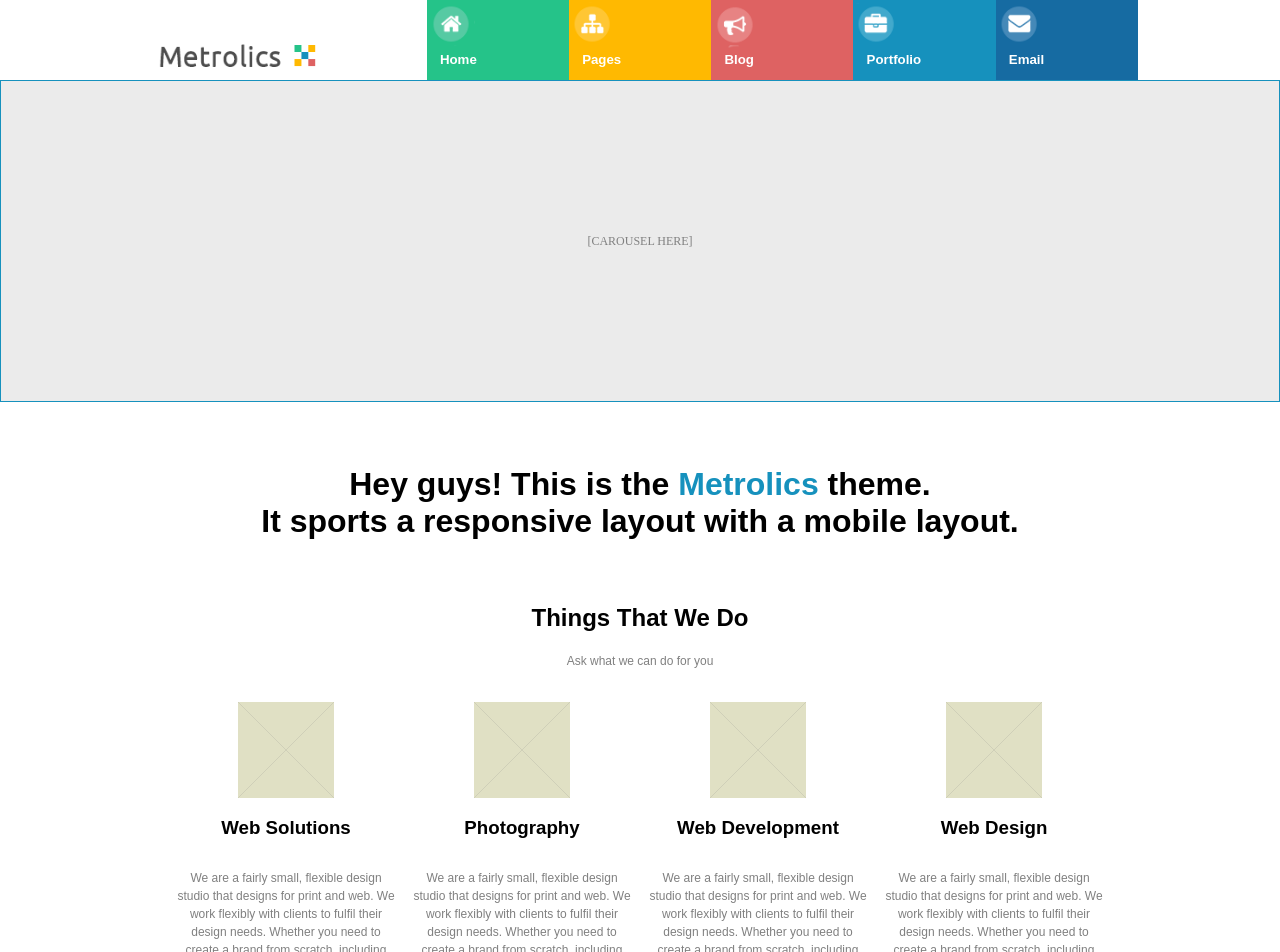
Repository: pjiang604/mdia2003-lab03b
Page: index.html
The author's editor kept a copy of each file at every save. The page is drawn from the files as they stood at one save, then again after the next save.
The browser window is 1280 px wide. The pictures show the part of the page from y = 0 to 952 px (the page is 2864 px tall).

Above is the page before, as saved 2023-01-31 21:52:38.

### index.html
<!DOCTYPE html>
<html lang="en">

<head>
    <meta charset="UTF-8">
    <meta http-equiv="X-UA-Compatible" content="IE=edge">
    <meta name="viewport" content="width=device-width, initial-scale=1.0">
    <title>Metrolics</title>
    <link rel="stylesheet" href="style.css">
    <link rel="preconnect" href="https://fonts.google.com/specimen/Ubuntu?query=ubuntu">
</head>

<body>
    <nav>
        <div class="nav row l-col-6-1 m-col-6-1 s-col-2-2">
            <div class="logoColumn">
                <img src="img/icons/logo.png" alt="logo" class="logo">
            </div>
            <a href="/">
                <div class="col hide navTab homeTab">
                    <img src="img/icons/home.png" class="navBarIcons">
                    <h5>Home</h5>
                </div>
            </a>
            <a href="/">
                <div class="col hide navTab pagesTab">
                    <img src="img/icons/pages.png" class="navBarIcons">
                    <h5> Pages</h5>
                </div>
            </a>
            <a href="/">
                <div class="col hide navTab blogTab">
                    <img src="img/icons/blog.png" class="navBarIcons">
                    <h5>Blog</h5>
                </div>
            </a>
            <a href="/">
                <div class="col hide navTab portfolioTab">
                    <img src="img/icons/portfolio.png" class="navBarIcons">
                    <h5>Portfolio</h5>
                </div>
            </a>
            <a href="/">
                <div class="col hide navTab emailTab">
                    <img src="img/icons/email.png" class="navBarIcons">
                    <h5>Email</h5>
                </div>
            </a>
            <div class="col hamburger">
                <p>[HAM MENU]</p>
            </div>
        </div>
    </nav>

    <div class="carousel hide">
        <p>[CAROUSEL HERE]</p>
    </div>

    <main>
    <div class="tagLine">
        <h1>Hey guys! This is the <span class="metroColor">Metrolics</span> theme.<br> It sports a responsive layout
            with a mobile layout.</h1>
    </div>

    <div class="services-section">
        <div class="col headerMargin">
            <h2>Things That We Do</h2>
            <p>Ask what we can do for you</p>
        </div>
        <div class="row l-col-4-1 m-col-2-1 s-col-1-4">
            <div class="col card">
                <img src="img/placeholder.svg" class="serviceImg" alt="">
                <h3>Web Solutions</h3>
                <p>We are a fairly small, flexible design studio that designs for print and web. We work flexibly with
                    clients to fulfil their design needs. Whether you need to create a brand from scratch, including
                    marketing materials.</p>
            </div>
            <div class="col card">
                <img src="img/placeholder.svg" class="serviceImg" alt="">
                <h3>Photography</h3>
                <p>We are a fairly small, flexible design studio that designs for print and web. We work flexibly with
                    clients to fulfil their design needs. Whether you need to create a brand from scratch, including
                    marketing materials.</p>

            </div>
            <div class="col card">
                <img src="img/placeholder.svg" class="serviceImg" alt="">
                <h3>Web Development</h3>
                <p>We are a fairly small, flexible design studio that designs for print and web. We work flexibly with
                    clients to fulfil their design needs. Whether you need to create a brand from scratch, including
                    marketing materials.</p>
            </div>
            <div class="col card">
                <img src="img/placeholder.svg" class="serviceImg" alt="">
                <h3>Web Design</h3>
                <p>We are a fairly small, flexible design studio that designs for print and web. We work flexibly with
                    clients to fulfil their design needs. Whether you need to create a brand from scratch, including
                    marketing materials.</p>
            </div>
        </div>
    </div>
    <div class="recent-news headerMargin">
        <div class="col">
            <h2>What's up Lately?</h2>
            <p>Read up on our latest work</p>
        </div>
        <div class="row l-col-3-1 m-col-2-1 s-col-1-4">
            <div class="col">
                <img src="img/content/pug.jpeg" class="image-post" alt="">
            </div>
            <div class="col">
                <img src="img/content/cat.jpeg" class="image-post" alt="">
            </div>
            <div class="col">
                <img src="img/content/pug.jpeg" class="image-post" alt="">
            </div>
            <div class="hidden-photo">
                <img src="img/content/cat.jpeg" class="image-post" alt="">
            </div>
        </div>
    </div>
    <div class="latest-projects-section headerMargin">
        <div class="col">
            <h2>Our Latest Projects</h2>
            <p>Client happy? We are happy.</p>
        </div>
        <div class="row l-col-3-1 m-col-2-1 s-col-1-1">
            <div class="col">
                <img src="img/content/cat.jpeg" class="image-post" alt="">
            </div>
            <div class="col">
                <img src="img/content/pug.jpeg" class="image-post" alt="">
            </div>
            <div class="col">
                <img src="img/content/cat.jpeg" class="image-post" alt="">
            </div>
            <div class="col">
                <img src="img/content/pug.jpeg" class="image-post" alt="">
            </div>
            <div class="col">
                <img src="img/content/cat.jpeg" class="image-post" alt="">
            </div>
            <div class="col">
                <img src="img/content/pug.jpeg" class="image-post" alt="">
            </div>
        </div>
    </div>

    <div class="col headerMargin">
        <h2>Things of Above</h2>
        <p>Misc stuff we could not put anyplace else</p>
    </div>
    <div class="row accordion l-col-2-1 m-col-1-2 s-col-1-1">
        <div class="col">
            <p>[ACCORDION HERE]</p>
        </div>
        <div class="col">
            <p>[TABS HERE]</p>
        </div>
    </div>



    <div class="row companies l-col-5-1 m-col-5-1">
        <div class="company-col">
            <img src="img/logos/netbeanslogo.png" class="comp-logo" alt="">
        </div>
        <div class="company-col">
            <img src="img/logos/krita.png" class="comp-logo" alt="">
        </div>
        <div class="company-col">
            <img src="img/logos/scirra.png" class="comp-logo" alt="">
        </div>
        <div class="company-col">
            <img src="img/logos/blender.png" class="comp-logo" alt="">
        </div>
        <div class="company-col">
            <img src="img/logos/inkscape.png" class="comp-logo" alt="">
        </div>
    </div>
</main>

    <footer>

        <div class="row l-col-2-4 m-col-2-4 s-col-2-1 author">
            <div class="col">
                <img src="img/content/profilepic.jpeg" class="headshot" alt="">
            </div>
            <div class="col">
                <h5>Peewee Herman</h5>
                <p>Peewee has over 10 years expeience in the industry. He is our Creative Director, digital designer,
                    web designer and front-end developer. He is also pretty good with a sketch-book. Before starting the
                    company Peewee worked as a designer and studio manager for a design house who boasted a number of
                    big name clients.</p>
            </div>
        </div>

        <div class="row l-footer-grid m-row m-footer-grid">
            <div class="col about-socials">
                <h3 class="m-row hide">About Us</h3>
                <p class="m-row hide">Lorem ipsum dolor sit amet consectetur adipisicing elit. Neque, illo! Deserunt quo
                    nostrum
                    quaerat, cum dolores aut. Recusandae voluptates, nisi a explicabo, in autem vitae eius iste
                    temporibus dolorem corporis.</p>
                <div class="row l-col-5-1 m-col-5-1 s-col-5-1">
                    <div class="col">
                        <img src="img/placeholder.svg" class="social-img" alt="">
                    </div>
                    <div class="col">
                        <img src="img/placeholder.svg" class="social-img" alt="">
                    </div>
                    <div class="col">
                        <img src="img/placeholder.svg" class="social-img" alt="">
                    </div>
                    <div class="col">
                        <img src="img/placeholder.svg" class="social-img" alt="">
                    </div>
                    <div class="col">
                        <img src="img/placeholder.svg" class="social-img" alt="">
                    </div>
                </div>
            </div>

            <div class="col flickr">
                <h3>Flickr Photos</h3>
                <div class="row l-col-3-1 m-col-3-1">
                    <div class="col">
                        <img src="img/content/cat1.jpeg" class="flickr-img" alt="">
                    </div>
                    <div class="col">
                        <img src="img/content/cat2.jpeg" class="flickr-img" alt="">
                    </div>
                    <div class="col">
                        <img src="img/content/cat3.jpeg" class="flickr-img" alt="">
                    </div>
                    <div class="col">
                        <img src="img/content/cat2.jpeg" class="flickr-img" alt="">
                    </div>
                    <div class="col">
                        <img src="img/content/cat3.jpeg" class="flickr-img" alt="">
                    </div>
                    <div class="col">
                        <img src="img/content/cat1.jpeg" class="flickr-img" alt="">
                    </div>
                </div>
            </div>

            <div class="row live-social m-col">
                <div>
                    <h3>Recent Tweets</h3>
                </div>
                <div>
                    <p>[TWEET TEXT]</p>
                </div>
                <div>
                    <p>[TWEET TEXT]</p>
                </div>
            </div>

            <div class="col newsletter">
                <div class="row m-col-1-1">
                    <h3>Newsletter</h3>
                    <div class="col">
                        <p>Lorem ipsum, dolor sit amet consectetur adipisicing elit. Quam, iusto provident labore quos
                            ipsa
                            voluptas.</p>
                    </div>
                    <div class="col">
                        <label for="email">Enter your Email...</label>
                        <input type="email" id="email">
                    </div>

                </div>
            </div>
        </div>

        <div class="row footer-decor">
            <div class="decor"></div>
            <div class="decor"></div>
            <div class="decor"></div>
            <div class="decor"></div>
            <div class="decor"></div>
        </div>

    </footer>

</body>



</html>

### style.css
:root {
    --green: #25c389;
    --yellow: #ffb901;
    --red: #de6262;
    --lightBlue: #1691bd;
    --darkBlue: #166ba2;
    --navy: #16242f;

}

html {
    height: 100vh;
    width: 100vw;
}

body {
    width: 100vw;
    margin-top: 0;
    margin-left: 0;
}


.headerMargin {
    margin: 2em 0;
}

nav,
main {
    font-family: Ubuntu, sans-serif;
    font-weight: 300;
    text-decoration: none;
    text-align: center;
    justify-content: center;
}

p {
    font-size: 12px;
    color: grey;
    line-height: 1.5em;
}

a {
    text-decoration: none;
}

.row {
    display: grid;
    row-gap: 1rem;
}

.col {
    position: relative;
}

.flickr-img {
    width: 100%;
    height:100%;
    object-fit:cover;
}


.social-img {
    width: 100%;
}


.footer-decor {
    grid-template-columns: 3fr 1fr 1fr 1fr 1fr 1fr;
}


/*Nav Bar*/

.nav {
    height: 5em;
}

nav h5 {
    color: white;
    position: absolute;
    bottom: 0;
    padding: 1em;
    margin: 0;
}

.navBarIcons {
    display: flex;
    justify-content: center;
    align-items: center;
    width: 3em;
    height: 3em;
}

.navBarIcons img {
    width: 10em;
    height: 20em;
    object-fit: cover;
}

.logo {
    width: 40%;
    height: 3em;
    object-fit: cover;
    margin-left:3em;
}

.logoColumn {
    display: flex;
    justify-content: center;
    margin-top: 2em;
}

.navTab {
    height: 5em;
    display: flex;
}

.homeTab {
    background-color: var(--green);
}

.pagesTab {
    background-color: var(--yellow);
}

.blogTab {
    background-color: var(--red);
}

.portfolioTab {
    background-color: var(--lightBlue);
}

.emailTab {
    background-color: var(--darkBlue);
}

.hamburger {
    display: none;
}

/*Carousel*/

.carousel {
    display: flex;
    justify-content: center;
    align-items: center;
    height: 20em;
    border: 1px solid var(--lightBlue);
    background-color: #ebebeb;
}

.carouselPicture img {
    object-fit: cover;
    width: 50em;
    height: 50em;
}

.carouselPicture {
    width: 50vw;
    height: 20vw;
    display: flex;
    align-items: center;
}

/*Tag Line*/
.tagLine {
    margin: 4em 0;
}

.metroColor {
    color: var(--lightBlue);
}

/*Services Section*/

.services-section {
    margin-left: 11em;
    margin-right: 11em;
}

.serviceImg {
    height: 6em;
    width: 6em;
    object-fit: cover;
}

.card {
    display: flex;
    flex-direction: column;
    align-items: center;
}

/*Recent News*/

.recent-news {
    margin-left: 11em;
    margin-right: 11em;
}

.image-post {
    width: 100%;
    height: 12em;
    object-fit:cover;
}

/*Latest Projects*/
.latest-projects-section {
    margin-left: 11em;
    margin-right: 11em;
}


/*Accordion*/
.accordion {
    height: 20em;
    border: 1px solid var(--lightBlue);
    margin-left: 11em;
    margin-right: 11em;

}

/*Companies*/
.companies {
    display: flex;
    margin-left: 11em;
    margin-right: 11em;
    gap:2em;
    justify-content:center;
}

.comp-logo {
    width: 12em;
    height: 8em;
}

.comp-logo img {
    width: 50%;
    height: 0.05em;
    object-fit: cover;
}

.company-col {
    background-color: #ebebeb;
}

/*FOOTER*/

footer {
    background: var(--navy);
    color: white;
    font-family: Ubuntu, sans-serif;
    font-weight: 300;
    text-decoration: none;
    padding-left:11em;
    padding-right:11em;
    padding-top:2em;
    padding-bottom:5em;
}


footer p {
    color: white;
}

.headshot {
    width: 5em;
    height: 5em;
    object-fit: cover;
    border-radius: 100%;
}

/** small/mobile version */
@media screen and (max-width:29.9375em) {
    .row {
        max-width: 70em;
        column-gap: .5rem;
        row-gap: 1.5rem;
        margin: 0 auto;

    }

    .hide,
    .flickr,
    .newsletter,
    .companies {
        display: none;
    }

    .hamburger {
        display: contents;
    }

    .s-col-1-4 {
        grid-template-columns: 4fr;
    }

    .s-col-2-2 {
        grid-template-columns: repeat(2, 2fr);
    }

    .s-col-1-1 {
        grid-template-columns: 1fr;
    }

    .s-col-5-1 {
        grid-template-columns: repeat(5, 1fr);
    }

    .s-col-2-1 {
        grid-template-columns: repeat(2, 1fr);
    }

    .footer-grid {
        display: none;
    }

    .hidden-photo {
        display: content;
        background-color: orange;
    }

    .accordion {
        display: none;
    }
}

/** medium and up. applicable for both tablet and mobile version */
@media screen and (max-width:30em) {
    .carousel {
        display: none;
    }

    .image-post.hide {
        display: contents;
    }

    .hidden-photo {
        display: content;
        background-color: orange;
    }

}

/** medium only */
@media screen and (min-width:40em) and (max-width:63.9375em) {

    .hide {
        display: contents;
    }

    .m-footer-grid {
        grid-template-columns: repeat(2, 1fr);
    }

    .m-row {
        display: grid;
        row-gap: 1rem;
    }

    .m-col {
        position: relative;
    }

    .m-col-6-1 {
        grid-template-columns: 3fr 1fr 1fr 1fr 1fr 1fr;
    }

    .m-col-2-1 {
        grid-template-columns: repeat(2, 1fr);
        column-gap: 1rem;
    }

    .m-col-5-1 {
        grid-template-columns: repeat(5, 1fr);
        column-gap: 1rem;
    }

    .m-col-2-4 {
        grid-template-columns: 1fr 4fr;
    }

    .m-col-3-1 {
        grid-template-columns: repeat(3, 1fr);
        column-gap: 1rem;
    }

    .m-col-1-1 {
        grid-template-columns: 1fr
    }

    .m-col-1-2 {
        grid-template-columns: repeat(1, 2fr);
    }

    .hidden-photo {
        display: content;
        background-color: orange;
    }

}

/** large only */
@media screen and (min-width:64em) {

    .l-col-6-1 {
        grid-template-columns: 3fr 1fr 1fr 1fr 1fr 1fr 1fr;
    }

    .l-col-4-1 {
        grid-template-columns: repeat(4, 1fr);
        column-gap: 1rem;
    }

    .l-col-3-1 {
        grid-template-columns: repeat(3, 1fr);
        column-gap: 1rem;
    }

    .l-col-5-1 {
        grid-template-columns: repeat(5, 1fr);
    }

    .l-col-2-4 {
        grid-template-columns: 1fr 4fr;
    }

    .l-col-3-1 {
        grid-template-columns: repeat(3, 1fr);
        column-gap: 1rem;
    }

    .l-col-2-1 {
        grid-template-columns: repeat(2, 1fr);
        column-gap: 1rem;
    }

    .image-post.hide {
        display: none;
    }

    .l-footer-grid {
        grid-template-columns: repeat(4, 1fr);
    }

    .hidden-photo {
        display: none;
    }

}

### img/placeholder.svg
<!-- Created with PhotoLine 21.40B9 (www.pl32.com) -->
<!DOCTYPE svg PUBLIC "-//W3C//DTD SVG 1.1//EN" "http://www.w3.org/Graphics/SVG/1.1/DTD/svg11.dtd"[]>
<svg width="1024" height="1024" version="1.1" xmlns="http://www.w3.org/2000/svg" xmlns:xlink="http://www.w3.org/1999/xlink">
  <g id="Square/Rectangle">
    <rect fill="#e0e0c4" fill-rule="evenodd" width="1024" height="1024" />
  </g>
  <path stroke-width="2" stroke-miterlimit="10" fill="none" stroke="#808080" d="M0 0 L1024 1024" />
  <g transform="matrix(0 1 -1 0 1024 0)">
    <path transform="matrix(-0 -1.000001 1.000001 -0 0.000153 1024.000854)" stroke-width="2" stroke-miterlimit="10" fill="none" stroke="#808080" d="M1024 -0 L0 1024" />
  </g>
</svg>

After the next save:
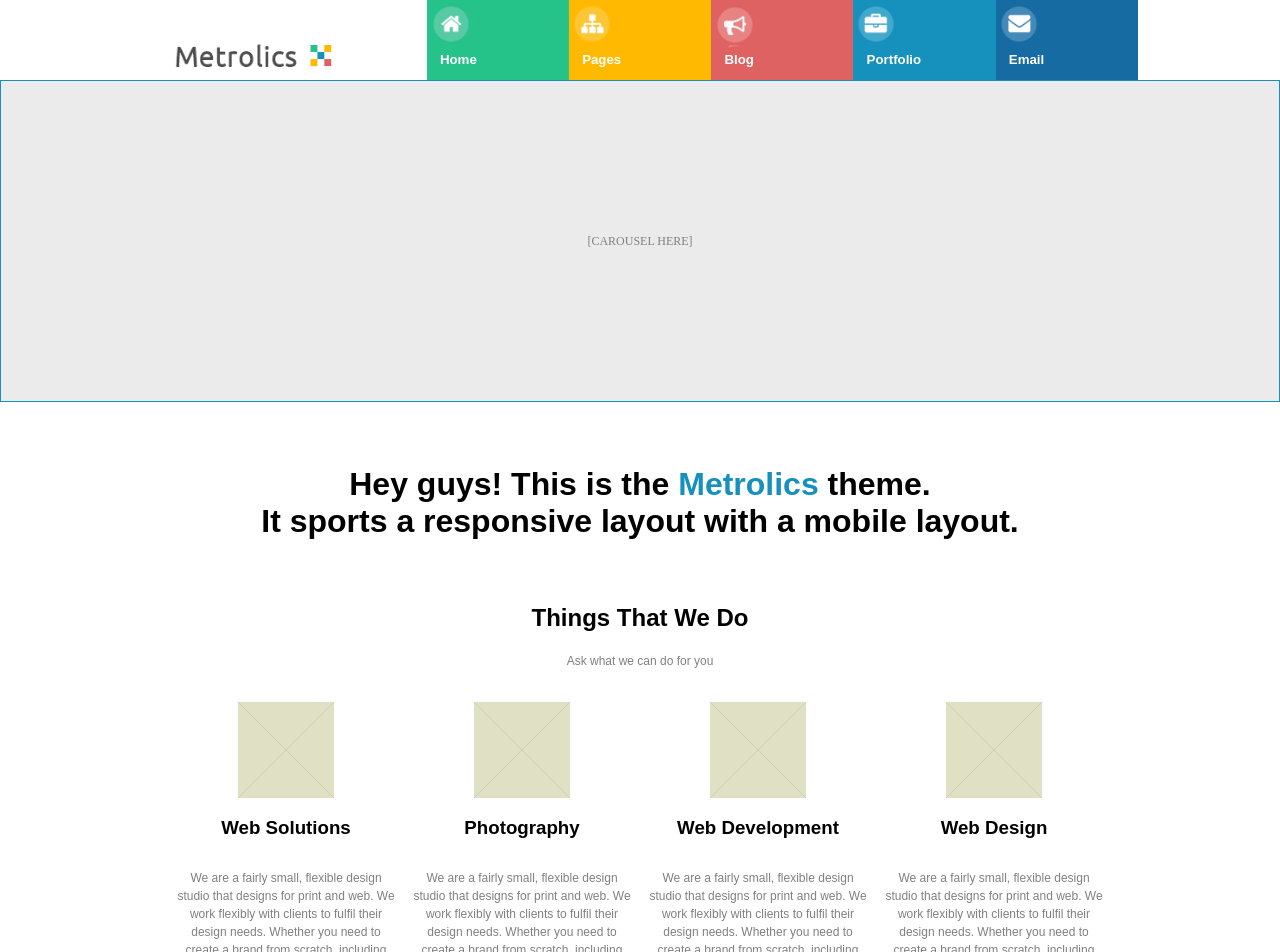
Saved 6 s later.
--- a/style.css
+++ b/style.css
@@ -101,7 +101,7 @@ nav h5 {
     width: 40%;
     height: 3em;
     object-fit: cover;
-    margin-left:3em;
+    margin-left:5em;
 }
 
 .logoColumn {
